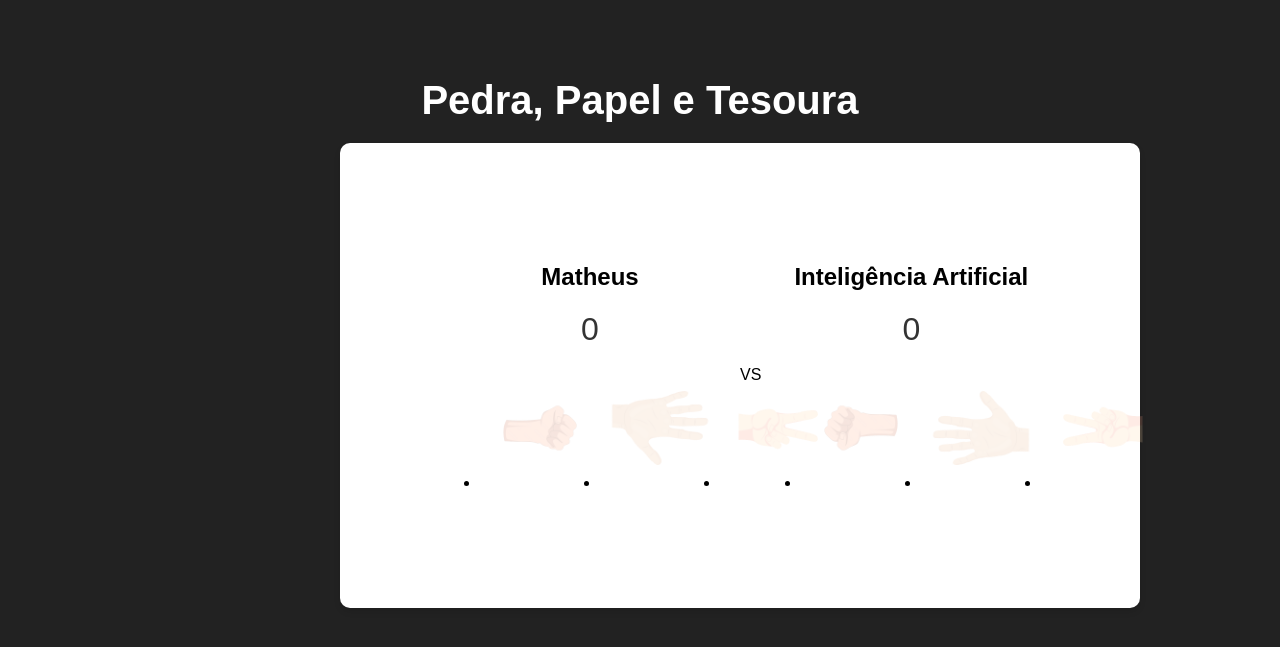
Repository: Matheus904-12/Pedra-Papel
Page: index.html
These files come from the project's save history. The page is drawn as it stood at one moment and after the next save; the edit follows.
The browser window is 1280 px wide. The pictures show the whole page.

Above is the page before, as saved 2023-08-28 21:53:53.

### index.html
<!DOCTYPE html>
<html lang="en">
<head>
    <meta charset="UTF-8">
    <meta name="viewport" content="width=device-width, initial-scale=1.0">
    <title>Pedra, Papel e Tesoura</title>
    <link rel="stylesheet" href="style.css">
    <script src="script.js"></script>
</head>
<body>
    <div class="box">
        <div class="container">
            <h1 id="titulo">Pedra, Papel e Tesoura</h1>
            <div class="placar" id="placar">
                <div class="jogador">
                    <h2 id="jogadorNome">Matheus</h2>
                    <p id="jogadorPontos">0</p>
                    <ul class="escolhas" id="jogadorEscolha">
                        <li>
                            <a id="jogadorEscolha1" class="escolha" onclick="jogar(1)">
                                <img src="img/1-removebg-preview.png" alt="">
                            </a>
                        </li>
                        <li>
                            <a id="jogadorEscolha2" class="escolha" onclick="jogar(2)">
                                <img src="img/2-removebg-preview.png" alt="">
                            </a>
                        </li>
                        <li>
                            <a id="jogadorEscolha3" class="escolha" onclick="jogar(3)">
                                <img src="img/3-removebg-preview.png" alt="">
                            </a>
                        </li>
                    </ul>
                </div>
                <div id="versus">VS</div>
                <div class="computador">
                    <h2 id="computadorNome">Inteligência Artificial</h2>
                    <p id="computadorPontos">0</p>
                    <ul class="escolhas" id="computadorEscolha">
                        <li>
                            <a id="computadorEscolha1" class="escolha">
                                <img src="img2/1.png" alt="">
                            </a>
                        </li>
                        <li>
                            <a id="computadorEscolha2" class="escolha">
                                <img src="img2/2.png" alt="">
                            </a>
                        </li>
                        <li>
                            <a id="computadorEscolha3" class="escolha">
                                <img src="img2/3.png" alt="">
                            </a>
                        </li>
                    </ul>
                </div>
            </div>
            <div class="mensagem"><p id="mensagem" class="result-message">&nbsp;</p>
    </div>
</body>
</html>

### style.css
ul#jogadorEscolha li a,
ul#computadorEscolha li a{
    opacity: 0.2;
    transition: ease-in-out 0.3s;
}
ul#jogadorEscolha li a:hover,
ul#jogadorEscolha li a.selecionado,
ul#computadorEscolha li a.selecionado {
    opacity: 1;
}

/* Estilos gerais */
body {
    font-family: 'Arial', sans-serif;
    background-color: #222;
    margin: 0;
    padding: 0;
    transition: background-color 0.5s ease;
    align-items: center;
}

/* Estilo do container principal */
.box {
    display: flex;
    align-items: center;
    justify-content: center;
    min-height: 100vh;
    transition: background-color 0.5s ease;
}

.container {
    width: 100%;
    max-width: 600px;
    text-align: center;
}

/* Estilo do título */
#titulo {
    font-size: 2.5rem;
    color: #fff;
    margin-bottom: 20px;
}

/* Estilo do placar */
.placar {
    display: flex;
    align-items: center;
    justify-content: space-between;
    padding: 100px;
    background-color: #fff;
    border-radius: 10px;
    box-shadow: 0 4px 6px rgba(0, 0, 0, 0.1);
    width: 100%;
    margin: 0 auto;
    max-width: 1200px;
}

.jogador,
.computador {
    width: 50%;
}

.jogador p,
.computador p {
    font-size: 2rem;
    color: #333;
    margin: 0;
}

.escolhas {
    display: flex;
    justify-content: space-around;
    margin-top: 20px;
}

.escolhas img {
    max-width: 120px;
    cursor: pointer;
    transition: transform 0.3s ease;
}

.escolhas img:hover {
    transform: scale(1.1);
}

/* Estilo do resultado/mensagem */
.result-message {
    font-size: 1.2rem;
    margin-top: 20px;
    color: #fff;
}

.result-message.vitoria {
    color: #4CAF50;
}

.result-message.derrota {
    color: #FF5733;
}

.result-message.empate {
    color: #FFC300;
}

/* Estilo do botão reiniciar */
.reiniciar-jogo {
    background-color: #3498db;
    border: none;
    color: white;
    padding: 10px 20px;
    text-align: center;
    text-decoration: none;
    display: inline-block;
    font-size: 16px;
    border-radius: 5px;
    cursor: pointer;
    transition: background-color 0.3s ease;
}

.reiniciar-jogo:hover {
    background-color: #2980b9;
}

/* Estilo do histórico */
.historico {
    text-align: center;
    margin-top: 20px;
}

.historico-toggle {
    background-color: #333;
    border: none;
    color: white;
    padding: 5px 10px;
    font-size: 14px;
    border-radius: 5px;
    cursor: pointer;
    transition: background-color 0.3s ease;
}

.historico-toggle:hover {
    background-color: #222;
}

.historico-list {
    list-style: none;
    padding: 0;
    display: none;
    text-align: left;
}

.historico-list li {
    font-size: 14px;
    margin-bottom: 5px;
    color: #fff;
}

### script.js
let jogadorEscolha = 0;
let jogadorPontos = 0;
let computadorEscolha = 0;
let computadorPontos = 0;
let ganhador = -1;
let historico = [];

function jogar(escolha){
    jogadorEscolha = escolha;
    computadorEscolha = Math.floor(Math.random() * 3) + 1;


/*PEDRA = 1
  PAPEL = 2
  TESOURA = 3
*/

if (jogadorEscolha == 1 && computadorEscolha == 1) {
    ganhador = 0;
    //*PEDRA = PEDRA*//
} else if (jogadorEscolha == 1 && computadorEscolha == 2) {
    ganhador = 2;
    //PEDRA E PAPEL = PAPEL//
} else if (jogadorEscolha == 1 && computadorEscolha == 3) {
    ganhador = 1;
    //PEDRA E TESOURA = PEDRA//
} else if (jogadorEscolha == 2 && computadorEscolha == 1) {
    ganhador = 1;
    //PAPEL E PEDRA = PEDRA
} else if (jogadorEscolha == 2 && computadorEscolha == 2) {
    ganhador =  0;
    //PAPEL E PAPEL = NADA
} else if (jogadorEscolha == 2 && computadorEscolha == 3) {
    ganhador = 2;
    //PAPEL E TESOURA = TESOURA
} else if (jogadorEscolha == 3 && computadorEscolha == 1) {
    ganhador = 2;
    //TESOURA E PEDRA = PEDRA
} else if (jogadorEscolha == 3 && computadorEscolha == 2) {
    ganhador = 1;
    //TESOURA E PAPEL = TESOURA
} else if (jogadorEscolha == 3 && computadorEscolha == 3) {
    ganhador = 0;
    //TESOURA E TESOURA = EMPATE
}


document.getElementById('jogadorEscolha1').classList.remove('selecionado');
document.getElementById('jogadorEscolha2').classList.remove('selecionado');
document.getElementById('jogadorEscolha3').classList.remove('selecionado');
document.getElementById('computadorEscolha1').classList.remove('selecionado');
document.getElementById('computadorEscolha2').classList.remove('selecionado');
document.getElementById('computadorEscolha3').classList.remove('selecionado');



document.getElementById('jogadorEscolha'+jogadorEscolha).classList.add('selecionado');
document.getElementById('computadorEscolha'+computadorEscolha).classList.add('selecionado');


/*
EMPATE = 0;
JOGADOR = 1;
COMPUTADOR = 2;
*/


// Atualizar placar
if (ganhador === 1) {
    jogadorPontos++;
} else if (ganhador === 2) {
    computadorPontos++;
}

document.getElementById('jogadorPontos').textContent = jogadorPontos;
document.getElementById('computadorPontos').textContent = computadorPontos;


// Mensagem do resultado
let mensagem = '';
if (ganhador === 1) {
    mensagem = 'Você venceu!';
} else if (ganhador === 2) {
    mensagem = 'Você perdeu!';
} else {
    mensagem = 'Empate!';
}

// Adicionar ao histórico
historico.push({
    jogador: jogadorEscolha,
    computador: computadorEscolha,
    resultado: ganhador
});

// Atualizar elementos na página
document.getElementById('jogadorPontos').textContent = jogadorPontos;
document.getElementById('computadorPontos').textContent = computadorPontos;
document.querySelector('.result-message').textContent = mensagem;
document.querySelector('.result-message').className = `result-message ${ganhadorClass}`;

// Exibir histórico
mostrarHistorico();

// Adicionar classe de estilo à mensagem
let mensagemElement = document.getElementById('mensagem');
mensagemElement.classList.remove('vitoria', 'derrota', 'empate');
if (ganhador === 1) {
    mensagemElement.classList.add('vitoria');
} else if (ganhador === 2) {
    mensagemElement.classList.add('derrota');
} else {
    mensagemElement.classList.add('empate');
}
}

function mostrarHistorico() {
let historicoList = document.getElementById('historico-list');
historicoList.innerHTML = '';

for (let i = 0; i < historico.length; i++) {
    let item = historico[i];
    let resultado = '';
    if (item.resultado === 1) {
        resultado = 'Vitória';
    } else if (item.resultado === 2) {
        resultado = 'Derrota';
    } else {
        resultado = 'Empate';
    }

    let listItem = document.createElement('li');
    listItem.textContent = `Jogador: ${item.jogador} | Computador: ${item.computador} | Resultado: ${resultado}`;
    historicoList.appendChild(listItem);
}


document.getElementById('historico-toggle').addEventListener('click', function() {
    const historicoList = document.querySelector('.historico-list');
    historicoList.style.display = historicoList.style.display === 'none' ? 'block' : 'none';
    this.textContent = historicoList.style.display === 'none' ? 'Ver Histórico' : 'Esconder Histórico';
});

// Mensagem do resultado
let mensagem = '';
if (ganhador === 1) {
    mensagem = 'Você venceu!';
} else if (ganhador === 2) {
    mensagem = 'Você perdeu!';
} else {
    mensagem = 'Empate!';
}

// Adicionar ao histórico
historico.push({
    jogador: jogadorEscolha,
    computador: computadorEscolha,
    resultado: ganhador
});


// Atualizar elementos na página
document.getElementById('jogadorPontos').textContent = jogadorPontos;
document.getElementById('computadorPontos').textContent = computadorPontos;
document.querySelector('.result-message').textContent = mensagem;
document.querySelector('.result-message').className = `result-message ${ganhadorClass}`;


 // Adicionar classe de estilo à mensagem
let mensagemElement = document.querySelector('.mensagem');
mensagemElement.classList.remove('vitoria', 'derrota', 'empate');
if (ganhador === 1) {
    mensagemElement.classList.add('vitoria');
} else if (ganhador === 2) {
    mensagemElement.classList.add('derrota');
} else {
    mensagemElement.classList.add('empate');
}

// Atualizar estilo da página com base no resultado
document.querySelector('.box').className = `box ${ganhadorClass}`;




// Atualizar cor de fundo com base no resultado
if (ganhador === 1) {
    document.body.style.backgroundColor = '#4CAF50'; // Verde
} else if (ganhador === 2) {
    document.body.style.backgroundColor = '#FF5733'; // Vermelho
} else {
    document.body.style.backgroundColor = '#FFC300'; // Amarelo
}


// Selecionar escolha do jogador
document.getElementById(`jogadorEscolha${jogadorEscolha}`).classList.add('selecionado');


// Atualizar escolhas do jogador
document.getElementById(`jogadorEscolha${jogadorEscolha}`).classList.add('selecionado');
document.getElementById(`computadorEscolha${computadorEscolha}`).classList.add('selecionado');

// Atualizar estilo da página com base no resultado
document.querySelector('.box').className = `box ${ganhadorClass}`;

// Função para reiniciar o jogo
function reiniciarJogo() {
    jogadorPontos = 0;
    computadorPontos = 0;
    historico = [];
    limparEscolhas();
    atualizarPlacar();
    limparMensagem();
    mostrarHistorico();
    resetarEstiloPagina();
}

// Limpar escolhas selecionadas
function limparEscolhas() {
    document.querySelectorAll('.escolha').forEach(element => {
        element.classList.remove('selecionado');
    });
}

// Atualizar placar
function atualizarPlacar() {
    document.getElementById('jogadorPontos').textContent = jogadorPontos;
    document.getElementById('computadorPontos').textContent = computadorPontos;
}

// Limpar mensagem do resultado
function limparMensagem() {
    document.querySelector('.result-message').textContent = '';
    document.querySelector('.mensagem').className = 'mensagem';
}

// Resetar estilo da página
function resetarEstiloPagina() {
    document.querySelector('.box').className = 'box';
}

// Botão de reiniciar o jogo
document.getElementById('reiniciar-jogo').addEventListener('click', function() {
    reiniciarJogo();
});


// Função para reiniciar o jogo
function reiniciarJogo() {
    jogadorPontos = 0;
    computadorPontos = 0;
    historico = [];
    limparEscolhas();
    atualizarPlacar();
    limparMensagem();
    mostrarHistorico();
    resetarEstiloPagina();
}

// Limpar escolhas selecionadas
function limparEscolhas() {
    document.querySelectorAll('.escolha').forEach(element => {
        element.classList.remove('selecionado');
    });
}

// Atualizar placar
function atualizarPlacar() {
    document.getElementById('jogadorPontos').textContent = jogadorPontos;
    document.getElementById('computadorPontos').textContent = computadorPontos;
}

// Limpar mensagem do resultado
function limparMensagem() {
    document.querySelector('.result-message').textContent = '';
    document.querySelector('.mensagem').className = 'mensagem';
}

// Resetar estilo da página
function resetarEstiloPagina() {
    document.querySelector('.box').className = 'box';
}

// Botão de reiniciar o jogo
document.getElementById('reiniciar-jogo').addEventListener('click', function() {
    reiniciarJogo();
});


}

After the next save:
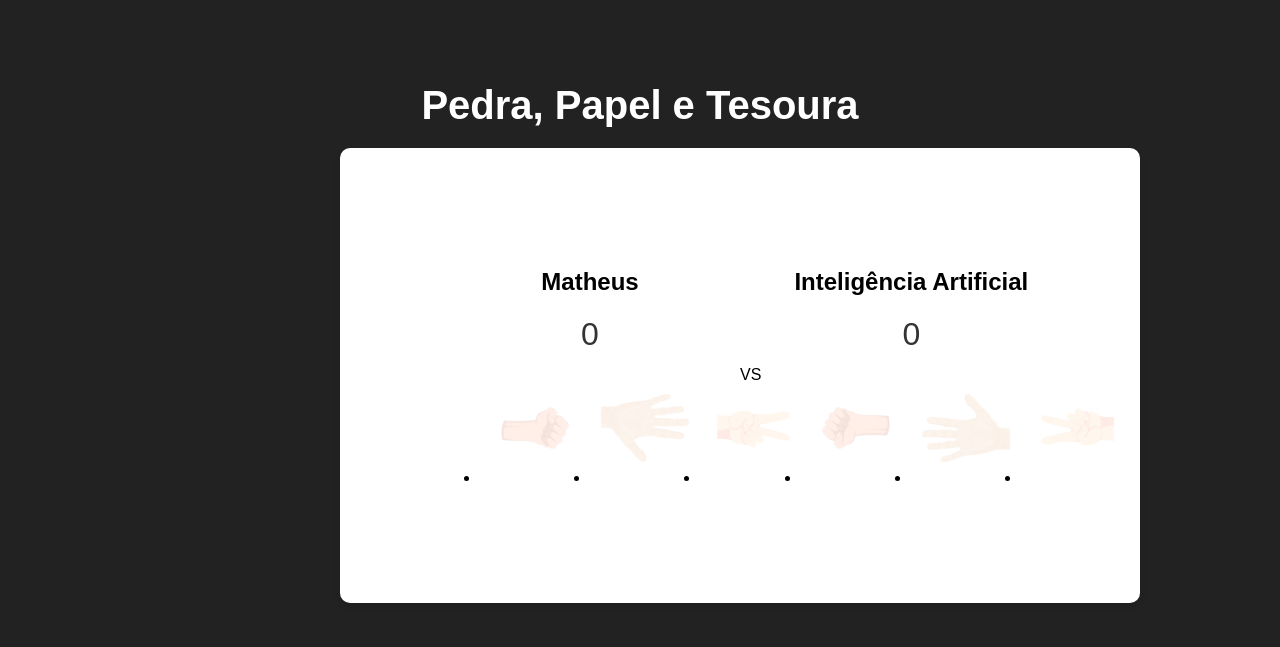
Saved 18 s later.
--- a/style.css
+++ b/style.css
@@ -74,7 +74,7 @@ body {
 }
 
 .escolhas img {
-    max-width: 120px;
+    max-width: 110px;
     cursor: pointer;
     transition: transform 0.3s ease;
 }
